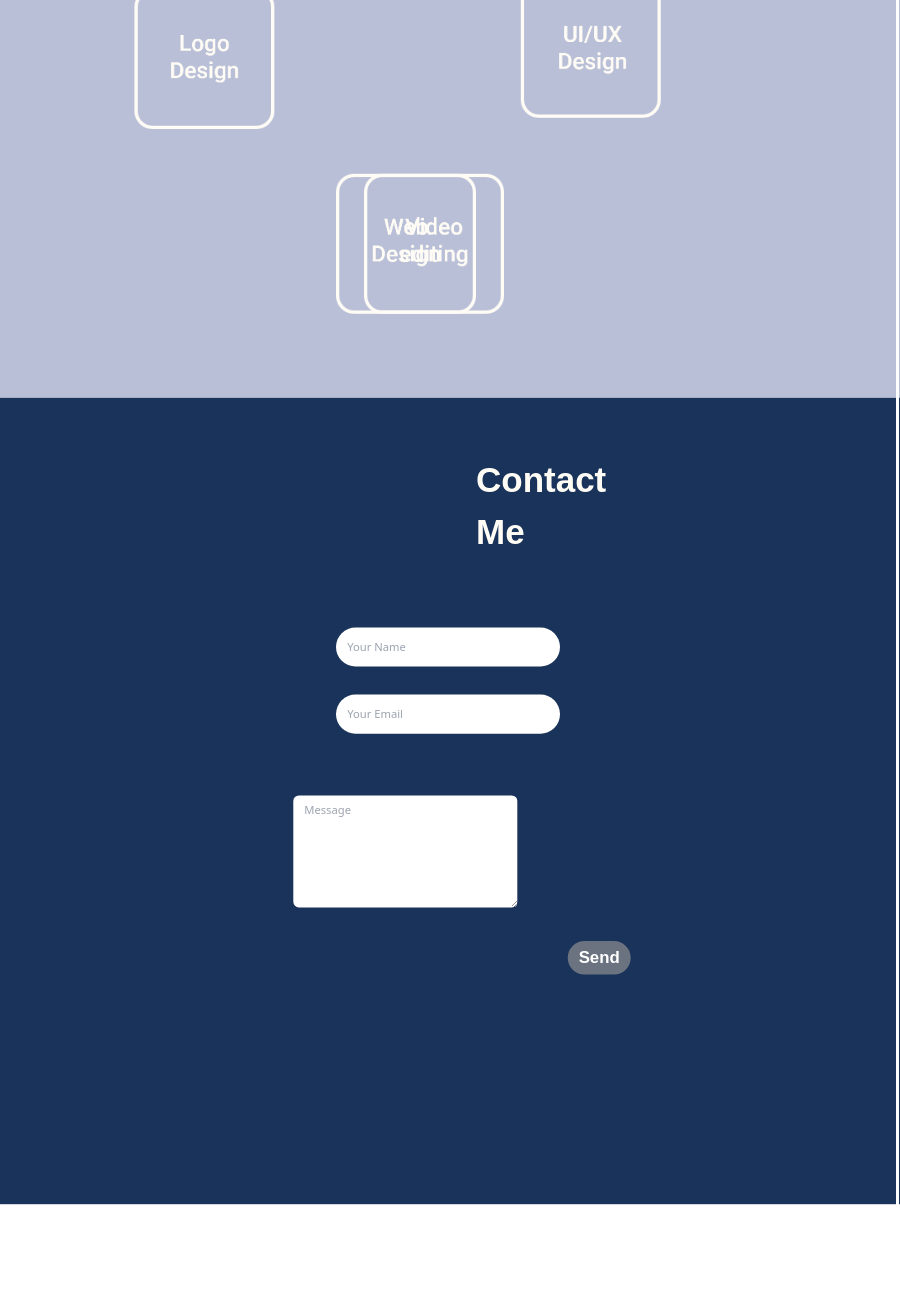
Repository: MEROO1010/my_portfolio
Page: /
These files come from the project's save history. The page is drawn as it stood at one moment and after the next save; the edit follows.
The browser window is 1280 px wide. The page is 1285 px wide, so the pictures cover 1285 px, including what lies to the right of the window. The pictures show the part of the page from y = 2416 to 4296 px (the page is 4296 px tall before and 4278 px after), at 70% of full size.
The project was rebuilt for these pictures with package versions that can differ from the ones it lists, and the page was loaded fresh each time. The framework's server and built-in components were replaced by stand-ins that run in the browser. Also part of the build but not shown: next.config.js.

Above is the page before, as saved 2023-08-17 09:36:54.

After the next save:
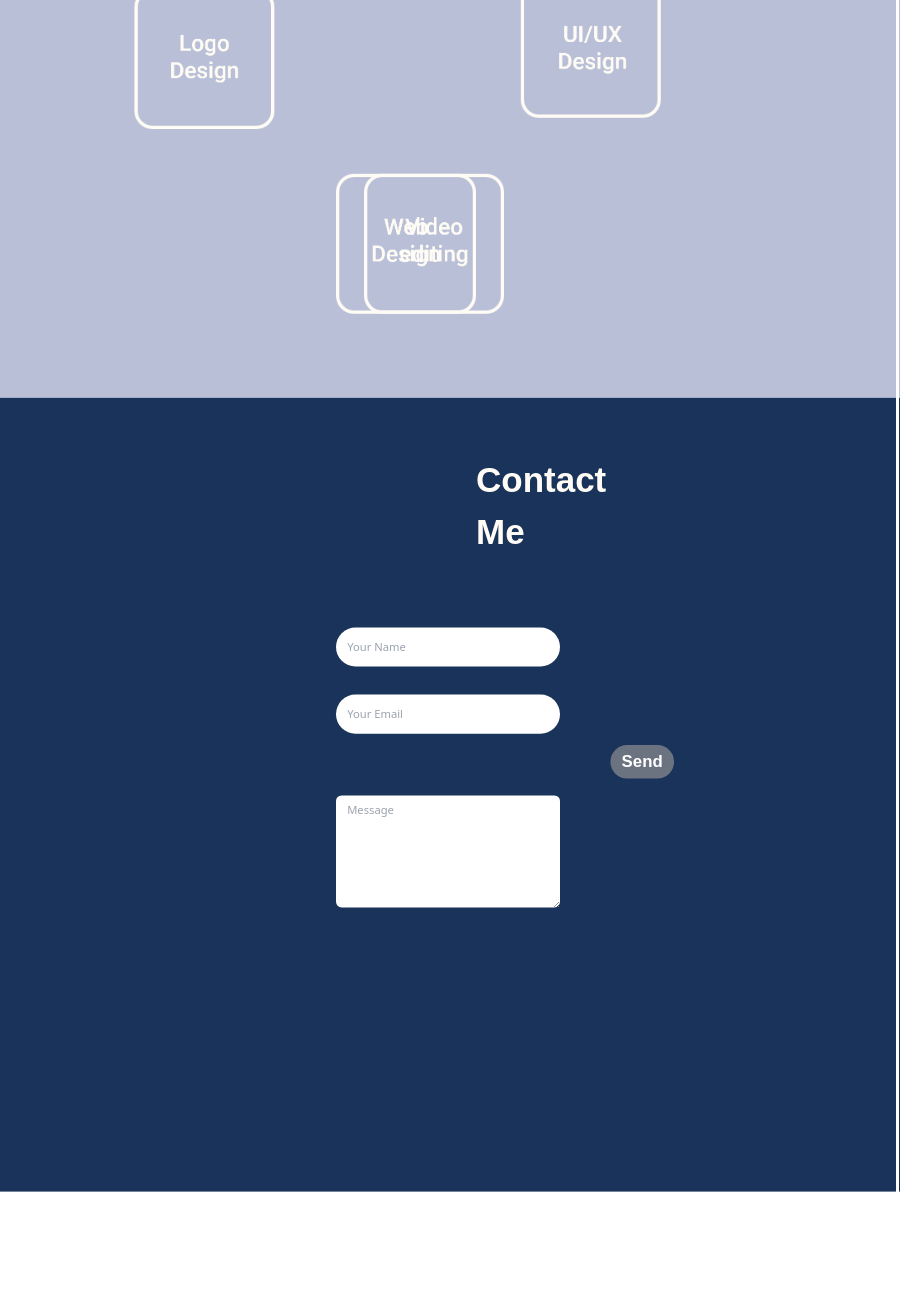
Saved 14 s later.
--- a/pages/components/Form.tsx
+++ b/pages/components/Form.tsx
@@ -6,7 +6,7 @@ const Form = () => {
     <input type="text" placeholder="Your Name" className="px-4 py-2 mx-4 my-2 rounded-full h-14 w-80"/><br/><br/>
     <input type="text" placeholder="Your Email" className="px-4 py-2 mx-4 my-2 rounded-full h-14 w-80"/><br/>
     <textarea placeholder="Message" className="relative px-4 py-2 mx-14 my-20  rounded-lg h-40 w-80"></textarea>
-    <button type="submit" className="px-4 py-2 mx-4 my-2 font-raleway text-2xl font-semibold text-white bg-gray-500 rounded-full">Send</button>
+    <button type="submit" className=" absolute px-4 py-2 mx-4 my-2 font-raleway text-2xl font-semibold text-white bg-gray-500 rounded-full">Send</button>
 </div>
 
   )
